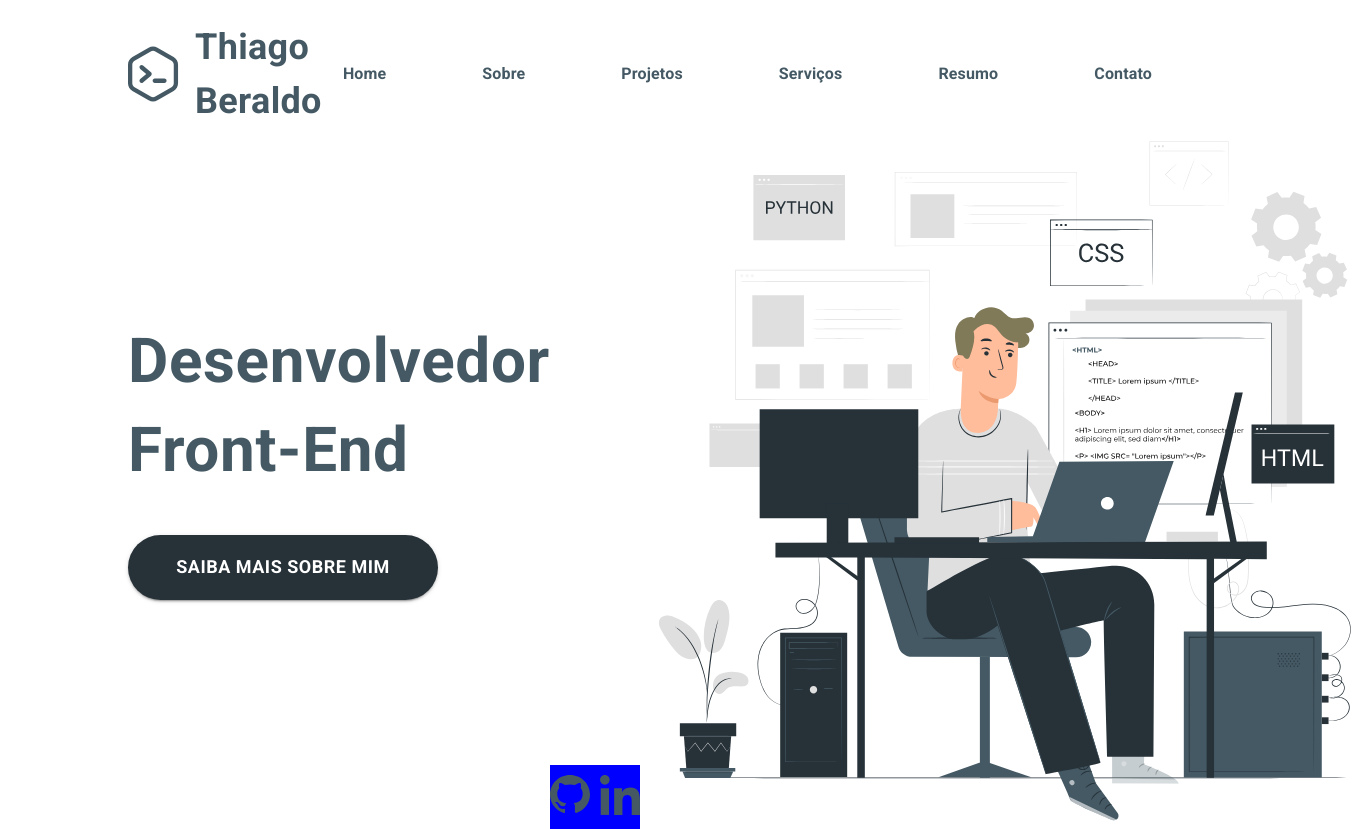
Repository: lenx0/myportfolio
Page: /
An editor plug-in stored every save of this project. The page is shown before and after a run of saves, followed by the edit.
The browser window is 1280 px wide. The page is 1361 px wide, so the pictures cover 1361 px, including what lies to the right of the window. The pictures show the whole page.
The project was rebuilt for these pictures with package versions that can differ from the ones it lists, and the page was loaded fresh each time. Also part of the build but not shown: vite.config.js.

Above is the page before, as saved 2024-06-07 10:36:07.

After the next 2 saves:
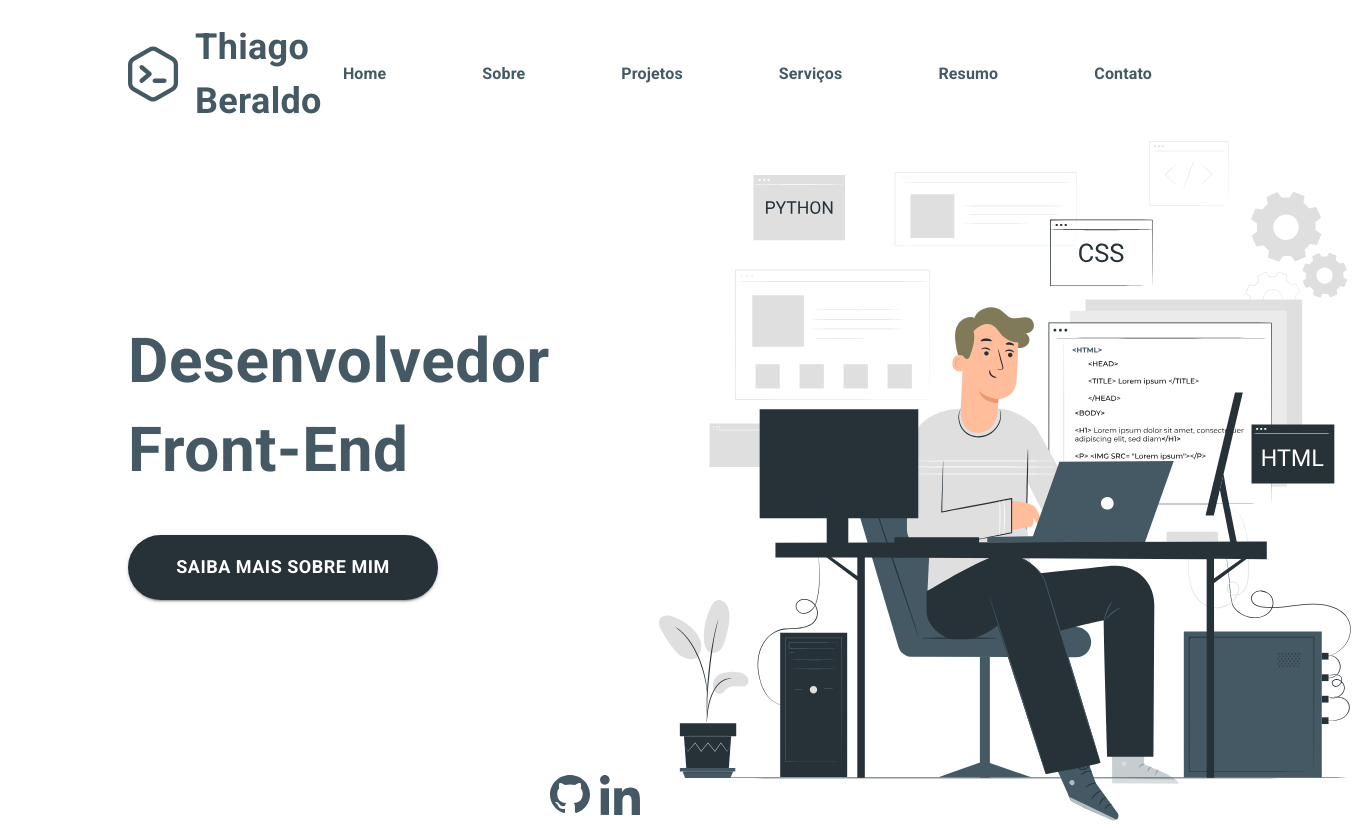
The 2 saves are shown as one change because they came seconds apart.
The last was saved 8 s later.
--- a/src/components/Home/index.jsx
+++ b/src/components/Home/index.jsx
@@ -46,8 +46,7 @@
           justifyContent: "center",
           marginTop: "auto",
           padding: "10px 0",
-          backgroundColor: "blue",
-          gap: "10px"
+          gap: "10px",
         }}
       >
         <Box>
